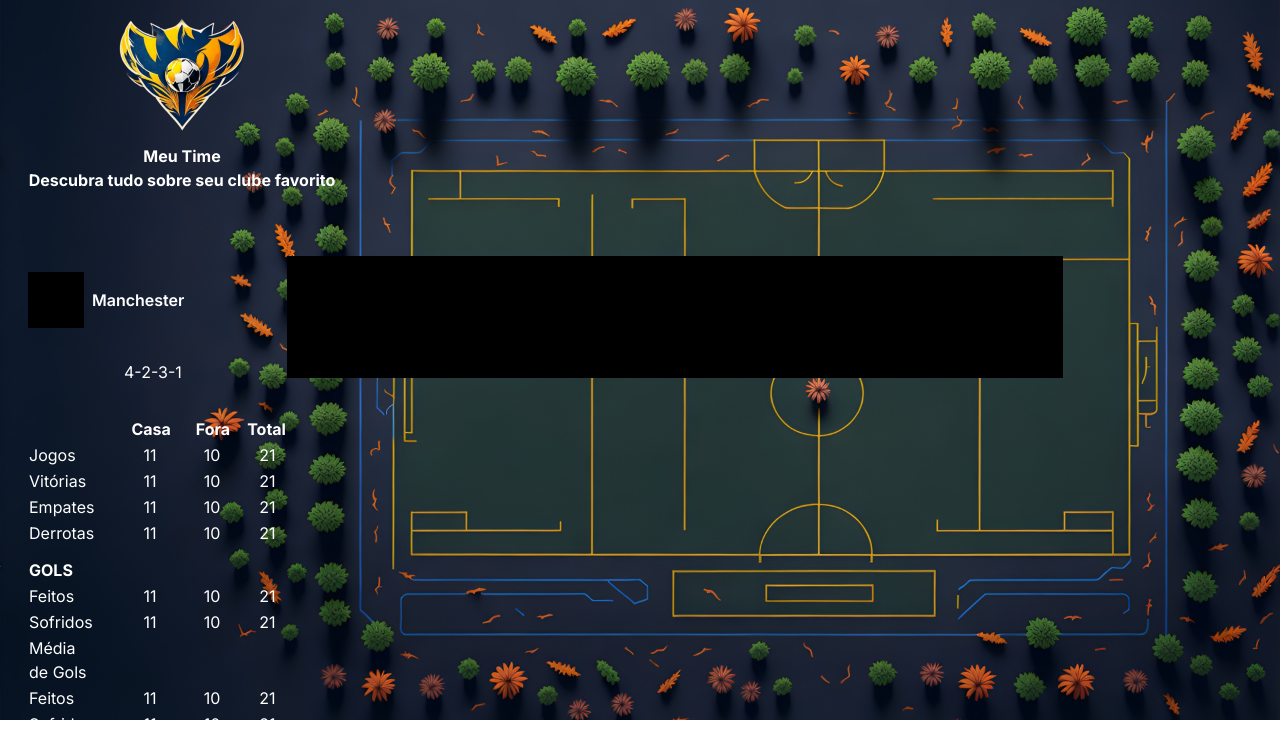
Repository: LuizAGDomingues/MeuTimeApp
Page: /statistics
These files come from the project's save history. The page is drawn as it stood at one moment and after the next save; the edit follows.
The browser window is 1280 px wide. The pictures show the whole page.
The project was rebuilt for these pictures with package versions that can differ from the ones it lists, and the page was loaded fresh each time. The framework's server and built-in components were replaced by stand-ins that run in the browser. Also part of the build but not shown: next.config.js.

Above is the page before, as saved 2023-05-26 14:23:04.

### src/app/layout.tsx
"use client"

import './globals.css'
import { Inter } from 'next/font/google'
import { QueryClient, QueryClientProvider } from 'react-query'

const inter = Inter({ subsets: ['latin'] })

const queryClient = new QueryClient()

export const metadata = {
  title: 'Trade test - Football API',
  description: 'Test para vaga front-end da Trade Technology',
}

export default function RootLayout({
  children,
}: {
  children: React.ReactNode
}) {
  return (
    <html lang="pt-br">
      <body className={inter.className}>
        <QueryClientProvider client={queryClient}>
          {children}
        </QueryClientProvider>
      </body>
    </html>
  )
}

### src/app/statistics/page.tsx
import React, { useEffect } from 'react'
import { useRouter } from 'next/router';
import logo from '../../assets/logo.png'
import Image from 'next/image'
import { useQuery } from 'react-query';
import { api } from '@/lib/axios';

function page() {
  // const router = useRouter();
  // const { league, seasonYear, team } = router.query;
  // const API_KEY = process.env.NEXT_PUBLIC_API_KEY;
  // const API_HOST = process.env.NEXT_PUBLIC_API_HOST;

  // useEffect(() => {
  //   // Verificar se as informações estão presentes
  //   if (!league || !seasonYear || !team) {
  //     // Redirecionar para outra página ou exibir uma mensagem de erro
  //     router.push('/');
  //   }
  // }, [league, seasonYear, team]);

  // const { data: timeStatisticsData, isLoading: timeStatisticsLoading, error: timeStatisticsError } = useQuery('timeStatistics', () => {
  //   return api.get('teams', {
  //     headers: {
  //       "x-rapidapi-host": API_HOST,
	// 	    "x-rapidapi-key": API_KEY
  //     }, params: {
  //       league: league,
  //       season: seasonYear,
  //       team: team
  //     }
  //   }).then((response) => response.data.response)
  // })

  // const { data: timeSquadData, isLoading: timeSquadLoading, error: timeSquadError } = useQuery('timeSquad', () => {
  //   return api.get('players/squads', {
  //     headers: {
  //       "x-rapidapi-host": API_HOST,
	// 	    "x-rapidapi-key": API_KEY
  //     },
  //     params: {
  //       team: team
  //     }
  //   }).then((response) => response.data.response)
  // })

  return (
    <section className='statisticpage w-full h-screen px-7 pb-20 text-white'>
      <div className='flex flex-col items-center w-[308px]'>
        <Image src={logo} alt='Logo exemplo'/>
        <span className='text-white font-bold text-center'>Meu Time<br/>Descubra tudo sobre seu clube favorito</span>
      </div>

      <div className='flex justify-between'>

        <div className='flex flex-col items-start w-[308px]'>
          <div className='flex items-center gap-2 mt-20'>
            <div className='w-14 h-14 bg-black'></div>
            <span className='font-semibold'>Manchester</span>
          </div>
          <span className='mt-8 ml-24 mb-8'>4-2-3-1</span>

          <table>
            <thead>
              <tr>
                <th></th>
                <th className="text-center pl-9">Casa</th>
                <th className="text-center pl-6">Fora</th>
                <th className="text-center pl-4">Total</th>
              </tr>
            </thead>
            <tbody>
              <tr>
                <td>Jogos</td>
                <td className="pl-12">11</td>
                <td className="pl-8">10</td>
                <td className="pl-7">21</td>
              </tr>
              <tr>
                <td>Vitórias</td>
                <td className="pl-12">11</td>
                <td className="pl-8">10</td>
                <td className="pl-7">21</td>
              </tr>
              <tr>
                <td>Empates</td>
                <td className="pl-12">11</td>
                <td className="pl-8">10</td>
                <td className="pl-7">21</td>
              </tr>
              <tr>
                <td>Derrotas</td>
                <td className="pl-12">11</td>
                <td className="pl-8">10</td>
                <td className="pl-7">21</td>
              </tr>

              <tr>
                <td className='font-bold pt-3'>GOLS</td>
              </tr>
              <tr>
                <td>Feitos</td>
                <td className="pl-12">11</td>
                <td className="pl-8">10</td>
                <td className="pl-7">21</td>
              </tr>
              <tr>
                <td>Sofridos</td>
                <td className="pl-12">11</td>
                <td className="pl-8">10</td>
                <td className="pl-7">21</td>
              </tr>

              <tr>
                <td>Média de Gols</td>
              </tr>
              <tr>
                <td>Feitos</td>
                <td className="pl-12">11</td>
                <td className="pl-8">10</td>
                <td className="pl-7">21</td>
              </tr>
              <tr>
                <td>Sofridos</td>
                <td className="pl-12">11</td>
                <td className="pl-8">10</td>
                <td className="pl-7">21</td>
              </tr>
            </tbody>
          </table>
        </div>

        <div className='grid grid-cols-10 gap-4 mr-[13.5rem] mt-16'>
          <div className='w-[88px] h-[122px] bg-black'></div>
          <div className='w-[88px] h-[122px] bg-black'></div>
          <div className='w-[88px] h-[122px] bg-black'></div>
          <div className='w-[88px] h-[122px] bg-black'></div>
          <div className='w-[88px] h-[122px] bg-black'></div>
          <div className='w-[88px] h-[122px] bg-black'></div>
          <div className='w-[88px] h-[122px] bg-black'></div>
          <div className='w-[88px] h-[122px] bg-black'></div>
          <div className='w-[88px] h-[122px] bg-black'></div>
          <div className='w-[88px] h-[122px] bg-black'></div>
        </div>
      </div>

    </section>
  )
}

export default page

### src/app/globals.css
@tailwind base;
@tailwind components;
@tailwind utilities;

.landingpage {
  background-image: url('../assets/background.png');
  background-size: cover;
  background-repeat: no-repeat;
}

.statisticpage {
  background-image: url('../assets/statisticsBackground.png');
  background-size: cover;
  background-repeat: no-repeat;
}

Loaded but not shown: tailwind.config.js (common file)

After the next save:
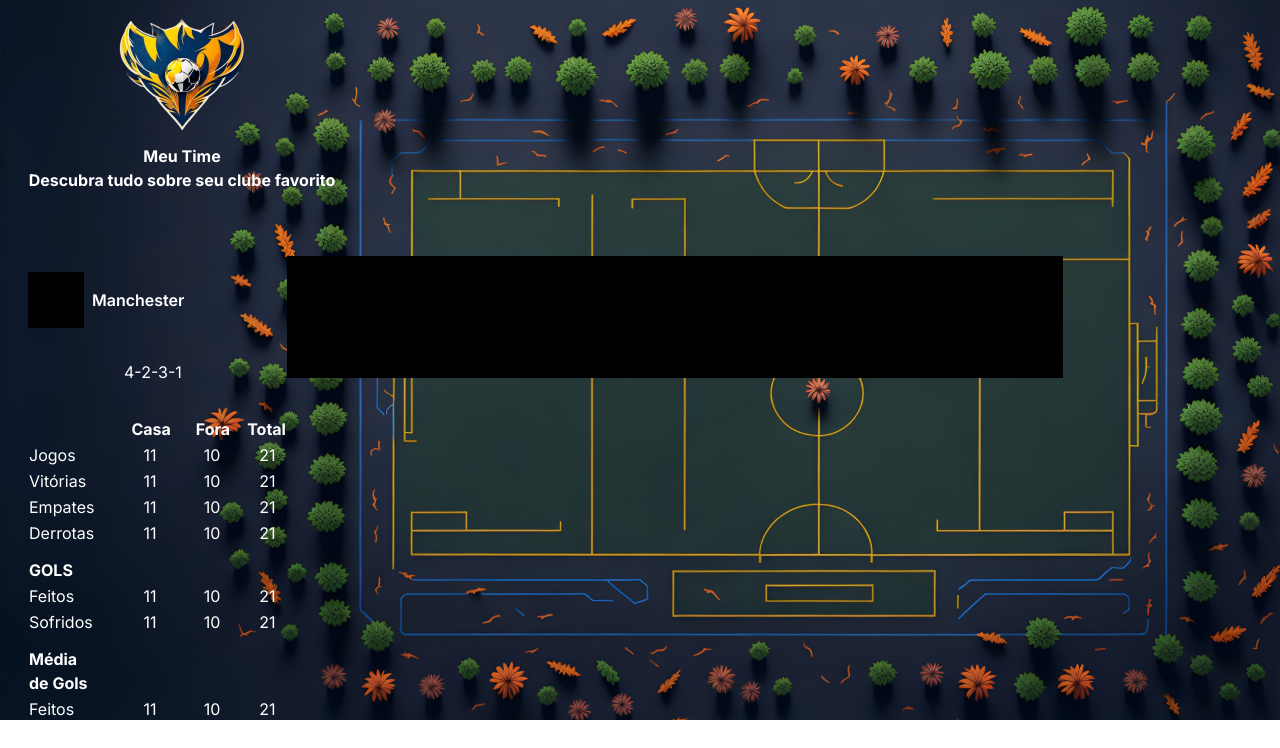
Saved 5 s later.
--- a/src/app/statistics/page.tsx
+++ b/src/app/statistics/page.tsx
@@ -112,7 +112,7 @@ function page() {
               </tr>
 
               <tr>
-                <td>Média de Gols</td>
+                <td className='font-bold pt-3'>Média de Gols</td>
               </tr>
               <tr>
                 <td>Feitos</td>
